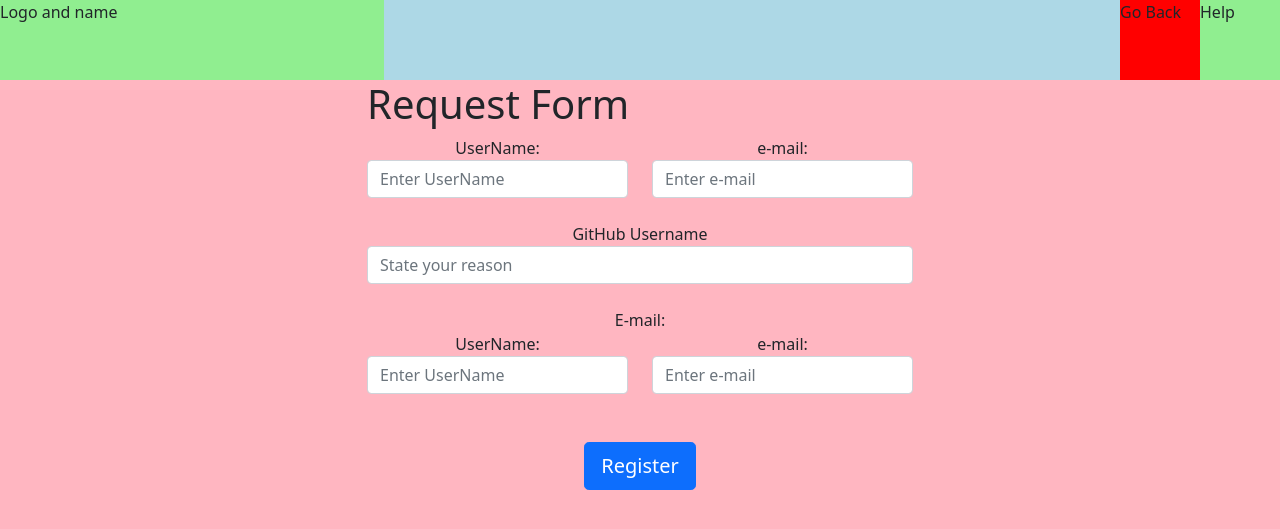
Repository: poornasyamasundar/Software-Project-Manager
Page: SoftwareManager/Templates/register.html
The author's editor kept a copy of each file at every save. The page is drawn from the files as they stood at one save, then again after the next save.
The browser window is 1280 px wide. The pictures show the whole page.

Above is the page before, as saved 2021-10-19 11:31:49.

After the next save:
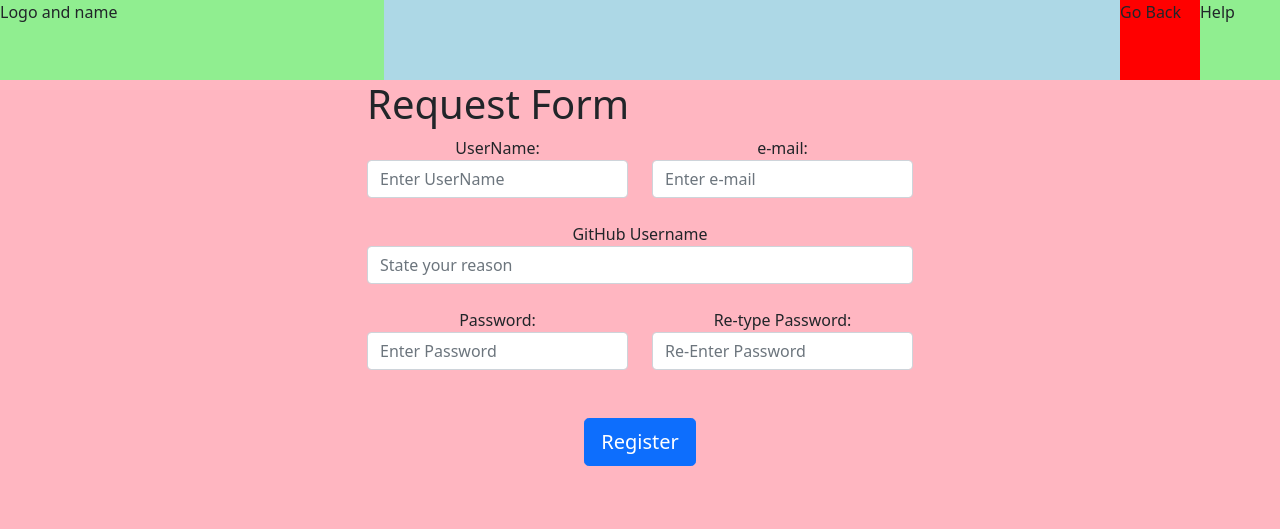
Saved 62 s later.
--- a/SoftwareManager/Templates/register.html
+++ b/SoftwareManager/Templates/register.html
@@ -62,16 +62,15 @@
 					<label>GitHub Username</label>
 					<input type="text" name="reason" class="form-control" placeholder="State your reason">
 					<br>
-					<label>E-mail:</label>
 					<div class="row">
 						<div class="col-lg-6">
-						  <label for="">UserName: </label>
-						  <input type="text" name="name" class="form-control" placeholder="Enter UserName">
+						  <label for="">Password: </label>
+						  <input type="text" name="name" class="form-control" placeholder="Enter Password">
 						</div>
 
 						  <div class="col-lg-6">
-							<label for="">e-mail: </label>
-							<input type="text" name="name" class="form-control" placeholder="Enter e-mail">
+							<label for="">Re-type Password: </label>
+							<input type="text" name="name" class="form-control" placeholder="Re-Enter Password">
 						  </div>
 					  </div>
 					<br>
